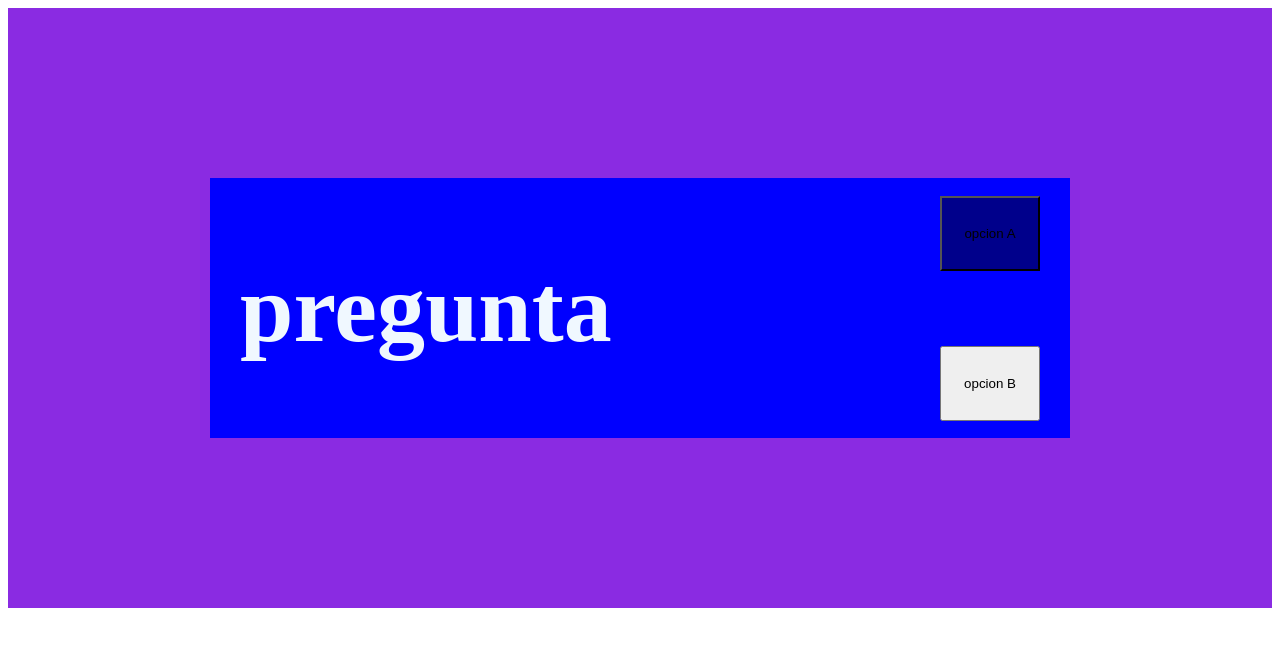
Repository: eschala/Proyecto_Clonaci-n_Kahoot_2023-2
Page: Borrador_Samir_Kahoot_NEW/Prueaba_Validar.html
An editor plug-in stored every save of this project. The page is shown before and after a run of saves, followed by the edit.
The browser window is 1280 px wide. The pictures show the whole page.

Above is the page before, as saved 2023-11-29 13:05:57.
Console error: TypeError: Cannot set properties of null (setting 'innerHTML')

After the next 2 saves:
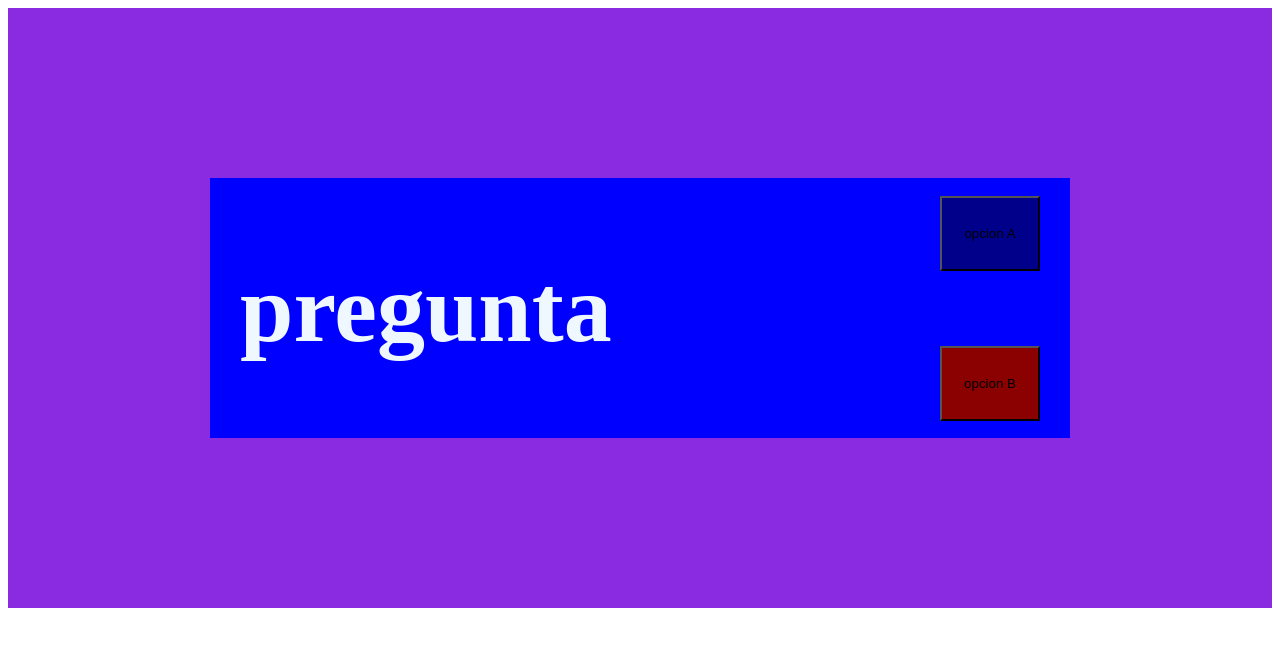
The 2 saves are shown as one change because they came seconds apart.
The last was saved 6 s later.
--- a/Borrador_Samir_Kahoot_NEW/stylePrueba.css
+++ b/Borrador_Samir_Kahoot_NEW/stylePrueba.css
@@ -59,7 +59,7 @@
     width: 100%;
     height: 50%;
 
-    background-color:
+    background-color:darkred
 }
 
 .botones:hover{
